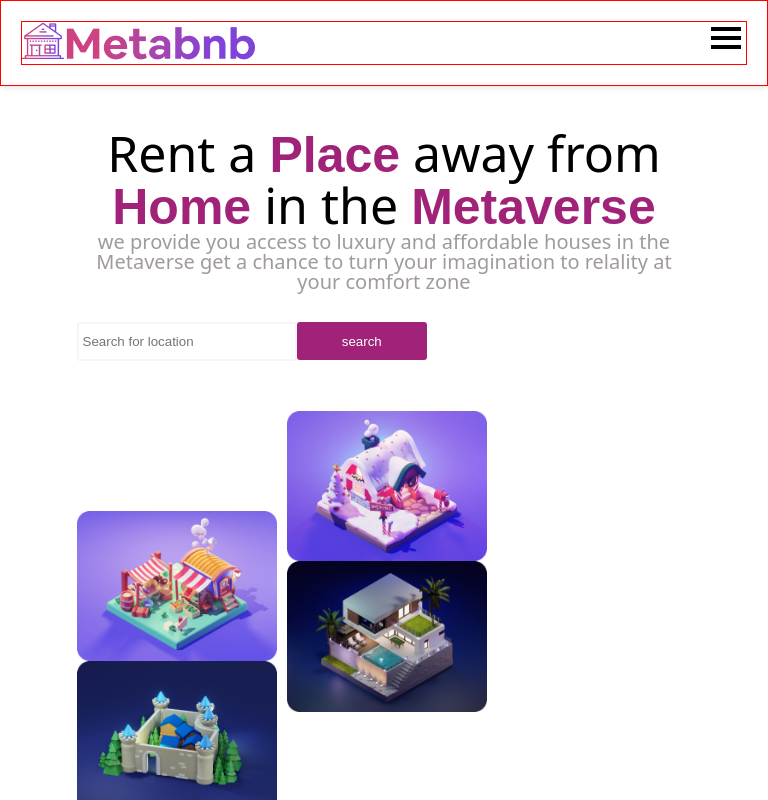
Repository: trenzyfx1/Metabnb
Page: index.html
These files come from the project's save history. The page is drawn as it stood at one moment and after a run of saves; the edit follows.
The browser window is 768 px wide. The pictures show the whole page.
An inner scrolling area shows only its first screen.

Above is the page before, as saved 2025-05-12 15:13:38.

After the next 2 saves:
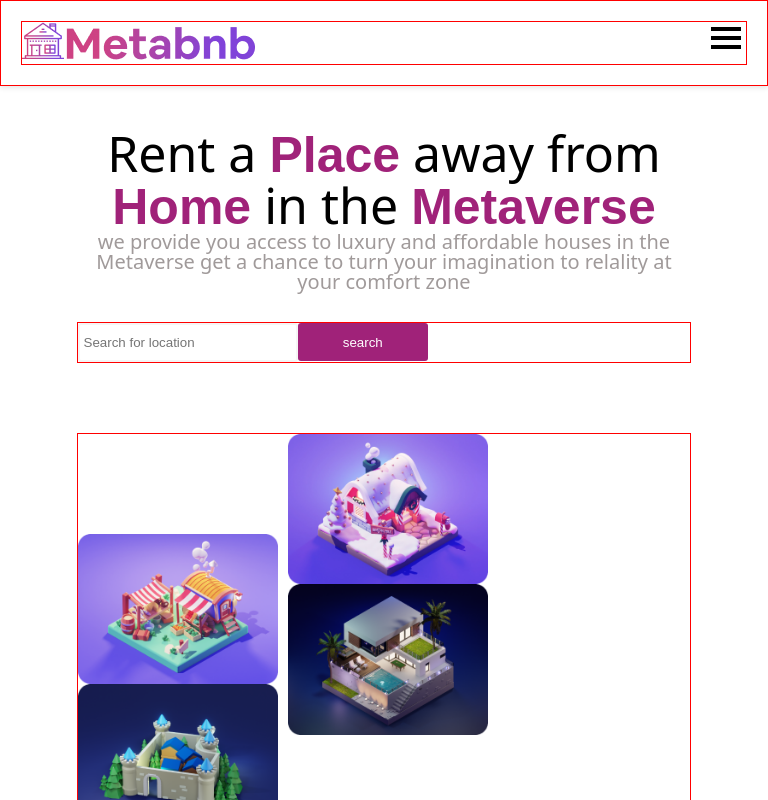
The 2 saves are shown as one change because they came seconds apart.
The last was saved 8 s later.
--- a/style.css
+++ b/style.css
@@ -437,7 +437,9 @@
         gap: 0;
     }
 
-    .i
+    .input, .image-container {
+        border: 1px solid red;
+    }
 
 
     .image-container {
